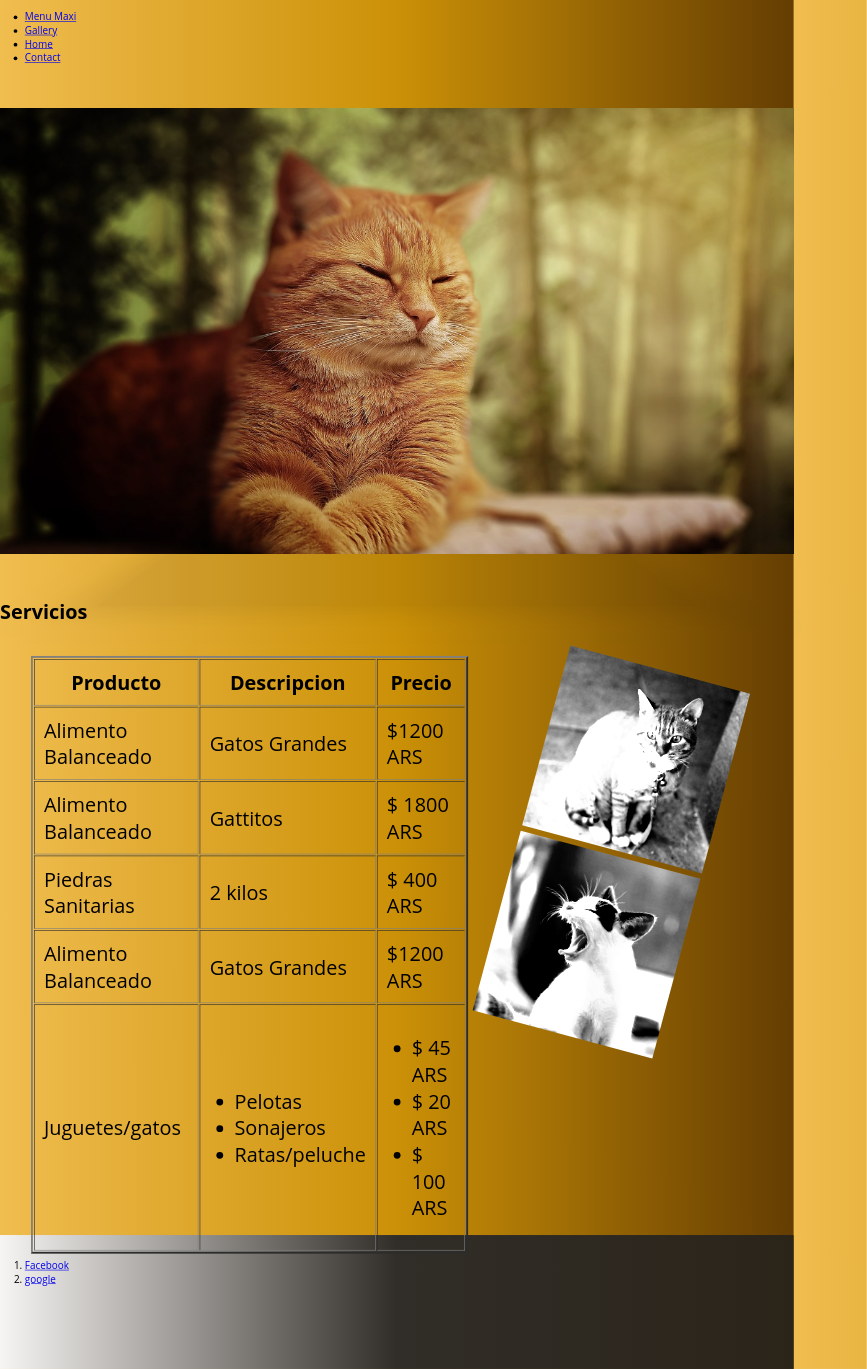
Repository: raul4264/final
Page: Services.html
An editor plug-in stored every save of this project. The page is shown before and after the next save, followed by the edit.
The browser window is 1280 px wide. The page is 1398 px wide, then 1330 px, so the pictures cover 1398 px, including what lies to the right of the window. The pictures show the whole page, at 62% of full size.

Above is the page before, as saved 2021-03-26 11:09:34.

After the next save:
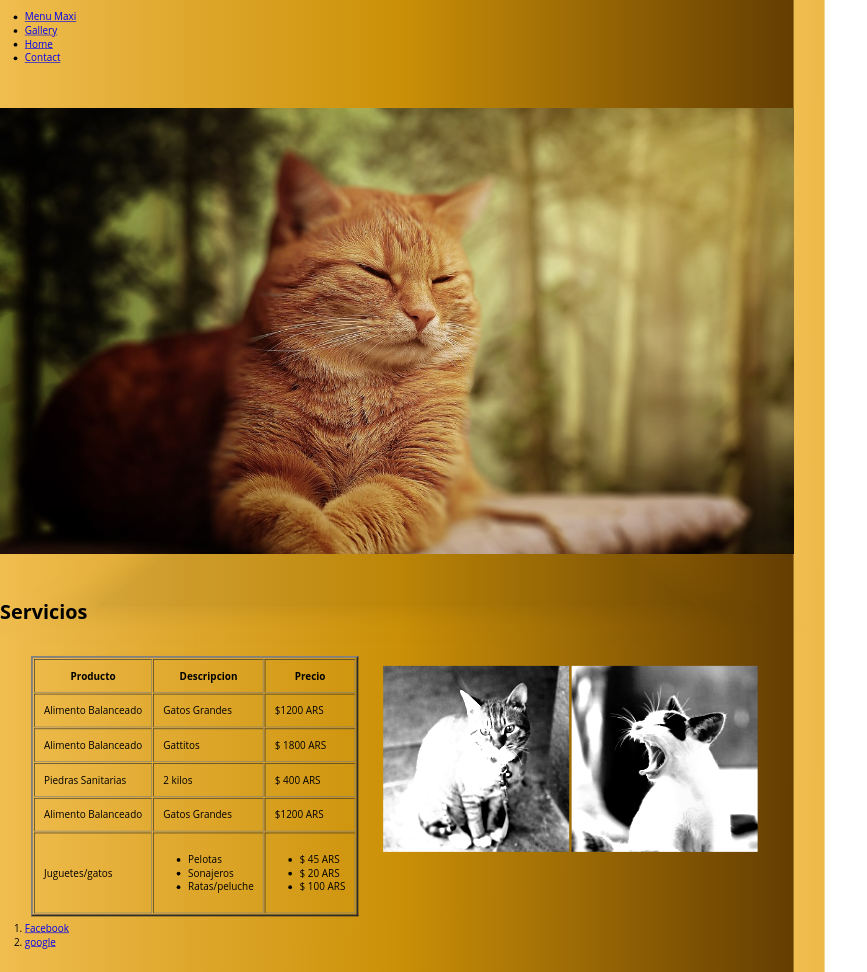
Saved 75 s later.
--- a/css/services.css
+++ b/css/services.css
@@ -96,8 +96,10 @@ background: linear-gradient(90deg, rgba(240,189,79,1) 0%, rgba(203,144,6,0.99483
 .table{
     display: flex;
     transform:translate(50px, 30px) ;
-    font-size: xx-large;
 }
+.table:hover{
+   font-weight: bolder;
+   color: chartreuse;
 figure{
 
     transform: rotate(15deg );
